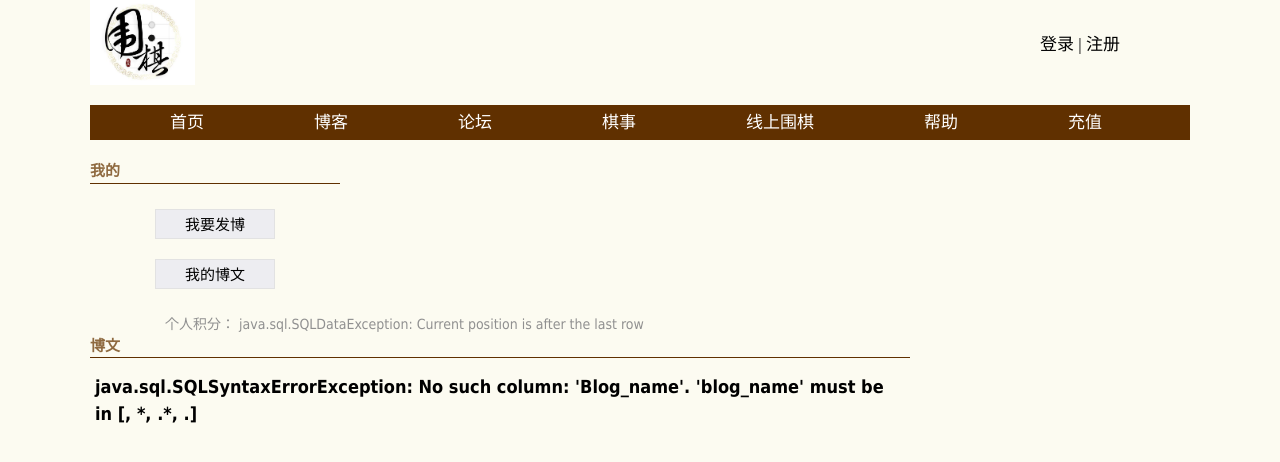
Repository: yxh0/Go
Page: http://localhost/keshe/keshe/blog.jsp
These files come from the project's save history. The page is drawn as it stood at one moment and after the next save; the edit follows.
The browser window is 1280 px wide. The pictures show the whole page.
The page is served by Tomcat 9. Other server files are loaded and not shown. Queries for data that is not in the repository find no rows.

Above is the page before, as saved 2020-06-11 11:02:13.

### SoftwareProjectGo/keshe/WebContent/keshe/blog.jsp
<%@ page language="java" contentType="text/html; charset=UTF-8"
    pageEncoding="UTF-8"%>
<%@ page import="java.sql.*" %>
<!DOCTYPE html>
<html>
<head>
<meta charset="UTF-8">
<title>博客页面</title>
<link rel="stylesheet" href="css/init.css">
<link rel="stylesheet" href="css/public.css">
<link rel="stylesheet" href="css/blog.css">
</head>
<body>
	<div class="header w">
		<div class="logo">
			<img src="images/logo.jpg" alt="" />
		</div>
		<div class="login">
			<ul>
				<li>
					<a href="login.jsp">登录</a> |
					<a href="register.jsp">注册</a>
				</li>
			</ul>
		</div>
	</div>
	<!-- 导航栏 -->
	<div class="nav w">
		<div class="container">
			<ul class="left">
		    	<li><a href="index.jsp" >首页</a></li>
		    	<li><a href="blog.jsp" >博客</a></li>
		    	<li><a href="luntan.jsp" >论坛</a></li>
		    	<li><a href="qishi.jsp" >棋事</a></li>
		    	<li><a href="xianshangweiqi.jsp" >线上围棋</a></li>
		    	<li><a href="bangzhu.jsp" >帮助</a></li>
		    	<li><a href="chongzhi.jsp" >充值</a></li>
			</ul>
  		</div>
	</div>
	<div class="big w">
		<div class="self">
			<h4>我的</h4>
			<button onclick="window.location.href = 'blog_post.jsp' "> 我要发博</button><br>
			<button onclick="window.location.href = 'myblog.jsp' "> 我的博文</button><br>
			<div class="info">
				<p>个人积分：
				<%
				Connection con;
		    	Statement sql;
		    	ResultSet rs;
		    	Class.forName("com.mysql.jdbc.Driver");
		    	try
				{
					String uri= "jdbc:mysql://localhost:3306/weiqiluntan";
		            String user="root";
		            String password="0";
		            con=DriverManager.getConnection(uri,user,password);
		            sql=con.createStatement();
		            rs=sql.executeQuery("SELECT user_jifen FROM chess_user WHERE user_name = 'testman' ");
		            rs.next();
		            out.print(rs.getString("user_jifen"));
			    	con.close();
				}
				catch(SQLException e){
					out.print(e);
				}
		        %>
		        </p>
			</div>
		</div>
		<div class="blogg">
			<h4>博文</h4>
			<div class="cont">
			<%
				//Connection con;
		    	//Statement sql;
		    	//ResultSet rs;
		    	Class.forName("com.mysql.jdbc.Driver");
		    	try
				{
					String uri= "jdbc:mysql://localhost:3306/weiqiluntan";
		            String user="root";
		            String password="0";
		            con=DriverManager.getConnection(uri,user,password);
		            sql=con.createStatement();
		            rs=sql.executeQuery("SELECT * FROM blog order by Blog_date desc");
		            rs.next();
		            for (int i = 0; i < 2; ++i)
		            {
		     %>
						<h2><%	out.print(rs.getString("Blog_name"));	%></h2>
						<span class="people"> <%= rs.getString("Blog_replies") %> 回复 | <%= rs.getString("Blog_agreements")%> 点赞</span>
						<%		rs.next();
					}
				    con.close();
				}
				catch(SQLException e){
					out.print(e);
				}
						%>
			</div>
		</div>
	</div>
</body>
</html>

### SoftwareProjectGo/keshe/WebContent/keshe/css/init.css
@charset "UTF-8";
/* 基础的初始化 */
* {
    margin: 0;
    padding: 0;
    box-sizing: border-box;
}
/* em 和 i 斜体的文字不倾斜 */
em,
i {
    font-style: normal
}

li {
    list-style: none
}

img {
    border: 0;
    vertical-align: middle
}

button {
    cursor: pointer
}

a {
    text-decoration: none
}

button,
input {
    font-family: Microsoft YaHei, Heiti SC, tahoma, arial, Hiragino Sans GB, "\5B8B\4F53", sans-serif;
    /* 默认有灰色边框我们需要手动去掉 */
    border: 0;
    outline: none;
}

body {
    -webkit-font-smoothing: antialiased;
    background-color: #fff;
    font: 12px/1.5 Microsoft YaHei, Heiti SC, tahoma, arial, Hiragino Sans GB, "\5B8B\4F53", sans-serif;
    color: black;
}

.hide,
.none {
    display: none
}
/* 清除浮动 */
.clearfix:after {
    visibility: hidden;
    clear: both;
    display: block;
    content: ".";
    height: 0
}

.clearfix {
    *zoom: 1
}

### SoftwareProjectGo/keshe/WebContent/keshe/css/public.css
@charset "UTF-8";
/* 版心 */
body {
	background-color: #fcfbf1;
}
.w {
    width: 1100px;
    margin: 0 auto;
}
.nav {
    height: 35px;
    background-color: #603000;
    line-height: 35px;
}
.nav ul li{
	float: left;
}
.nav li a{
	color: white;
	font-size: 17px;
	border-right: 20px;
	padding: 20px 30px;
	margin-left: 50px;
}
.nav li a:hover{
	color: yellow;
}
.header {
    position: relative;
    height: 105px;
}
.logo {
	position: absolute;
	width: 105px;
	height: 85px;
}
.logo img {
	width: 100%;
	height: 100%;
}
.login {
	margin-left: 950px;
	margin-top: 30px;
	position: absolute;
	font: 17px Microsoft YaHei;
	text-align: center;
}
.login li a{
	color: black;
}
.login li a:hover {
	color: #ebc21f;
}
.footer p {
    width: 250px;
    font-size: 20px;
    color: #7B7B7B;
    margin: 60px auto;
}

### SoftwareProjectGo/keshe/WebContent/keshe/css/blog.css
@charset "UTF-8";
.big {
	margin-top: 20px;
}
.self {
	float: left;
	margin-right: 30px;
}
.big .self h4,
.big .blogg h4 {
	width: 250px;
	border-bottom: solid 1px #603000;
	margin-bottom: 15px;
	font-size: 15px;
	weight: 500;
	color: #8f6a40;
}
.big .self button {
	width: 120px;
    height: 30px;
    margin: 10px 65px;
    border: 1px solid #E2E2E2;
    text-align: center;
    line-height: 30px;
    font-size: 15px;
    color: #000;
    background: #ededf1;
}
.big .self .info {
	margin-top: 15px;
	margin-left: 75px;
}
.big .self .info p{
	font-size: 14px;
	weight: 500;
	color: #909090;
}
.blogg {
	float: left;
}
.big .blogg h4,
.big .blogg .cont {
	width: 820px;
}
.big .blogg .cont h2 {
	margin: 5px;
}
.big .blogg .cont a {
	color: #000;
}
.big .blogg .cont a:hover {
	color: #ebc21f;
}
.big .blogg .cont p {
	margin-bottom: 35px;
	color: #8a8a8a;
}
.big .blogg .cont .people {
	font-size: 13px;
}

After the next save:
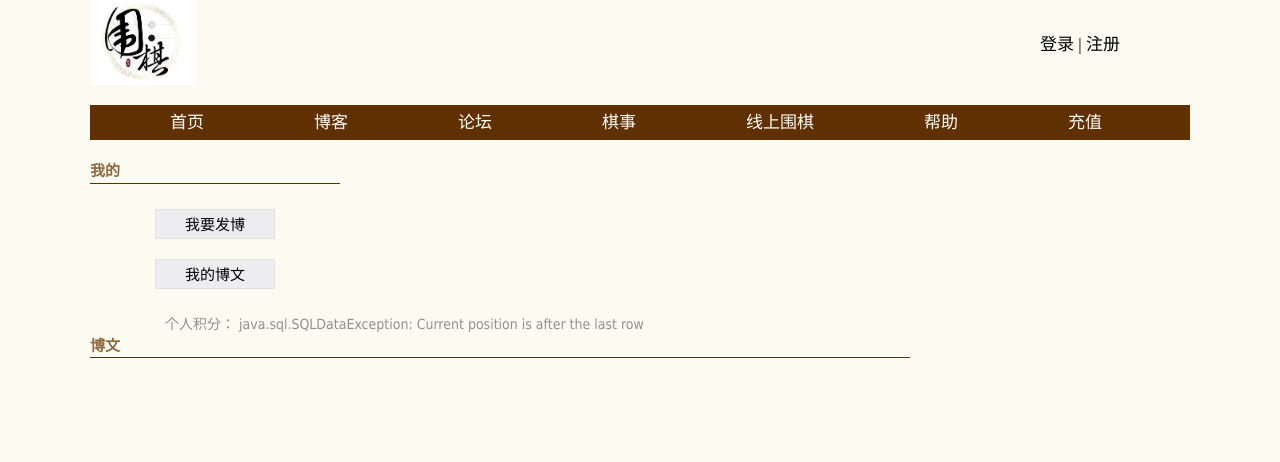
Saved 2 min 14 s later.
--- a/SoftwareProjectGo/keshe/WebContent/keshe/blog.jsp
+++ b/SoftwareProjectGo/keshe/WebContent/keshe/blog.jsp
@@ -85,13 +85,12 @@
 		            con=DriverManager.getConnection(uri,user,password);
 		            sql=con.createStatement();
 		            rs=sql.executeQuery("SELECT * FROM blog order by Blog_date desc");
-		            rs.next();
-		            for (int i = 0; i < 2; ++i)
+		            while(rs.next())
 		            {
 		     %>
 						<h2><%	out.print(rs.getString("Blog_name"));	%></h2>
 						<span class="people"> <%= rs.getString("Blog_replies") %> 回复 | <%= rs.getString("Blog_agreements")%> 点赞</span>
-						<%		rs.next();
+						<%
 					}
 				    con.close();
 				}
